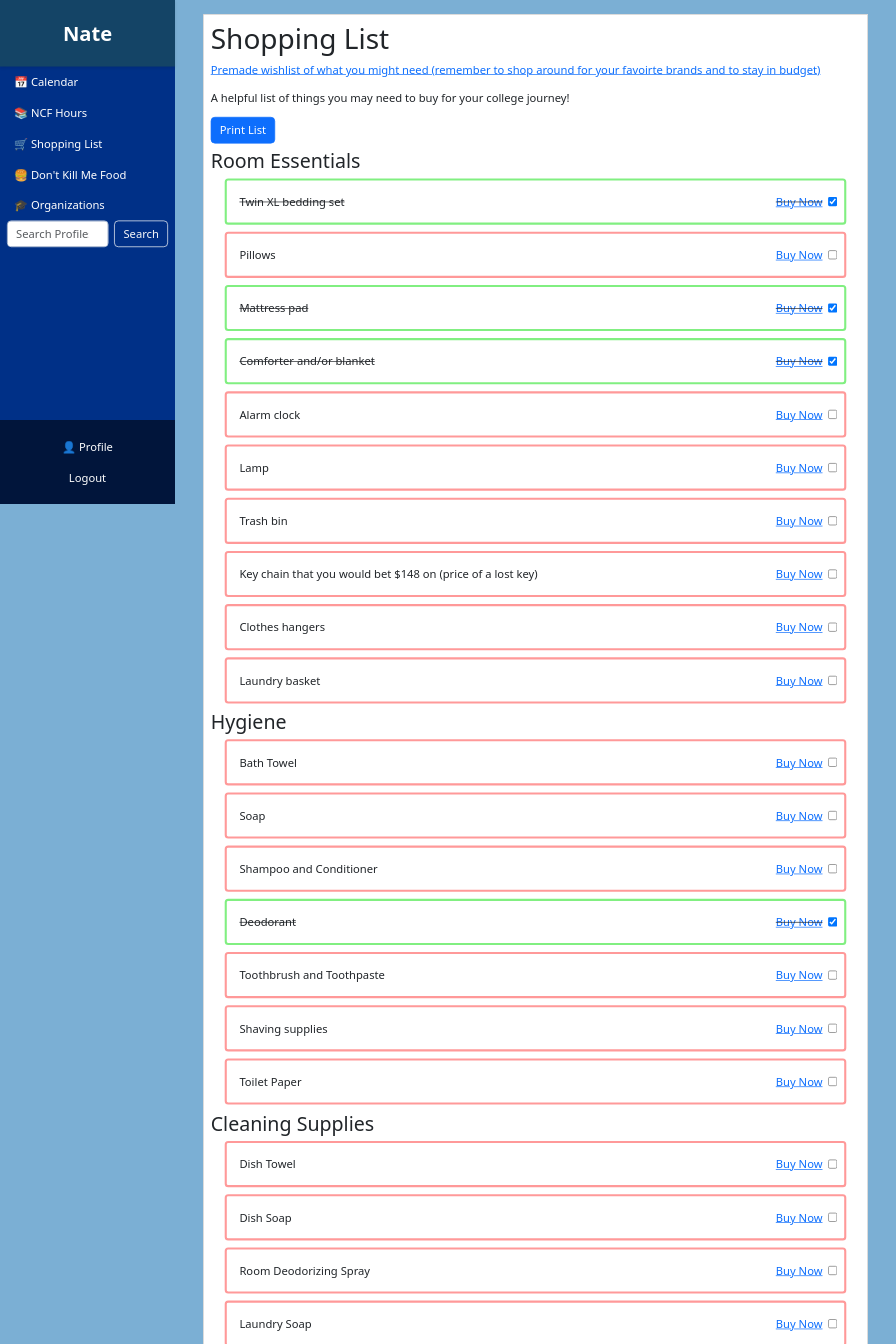
Repository: NateClarkTech/SoftwareEngineeringProject2
Page: http://localhost/shoppinglist/
These files come from the project's save history. The page is drawn as it stood at one moment and after the next save; the edit follows.
The browser window is 1280 px wide. The pictures show the part of the page from y = 0 to 1920 px (the page is 4421 px tall), at 70% of full size.
The page is served by the project's application, run on Django 5.2 (manage.py). The first stored user is signed in. Other server files are loaded and not shown. The page reads the database file committed with the project.

Above is the page before, as saved 2024-03-12 18:00:41.

### ShoppingList/templates/shoppinglist.html
{% extends 'base.html' %}

{% load static %}

{% block title %}Shopping List{% endblock %}

{% block extendHeader %}
<style>
    .item-box {
        border: 1px solid #ccc;
        padding: 10px;
        margin-bottom: 10px;
        margin-left: 20px;
        margin-right: 20px;
        background-color: white;
    }

    .checked {
        text-decoration: line-through;
        border-color: #81ef81;
        border-radius: 5px;
        border-width: 3px;
    }

    .not-checked {
        text-decoration: none;
        border-color: #ff9999;
        border-radius: 5px;
        border-width: 3px;
    }
</style>
{% endblock %}

{% block content %}
<div class="align-items-center">
    {% if user.is_authenticated %}
    <div class="item-box">
        <h1>Shopping List</h1>
        <a href="https://www.amazon.com/hz/wishlist/ls/1MYC1SQ5AHTOC?ref_=wl_share" target="_blank">Premade wishlist of what you might need (remember to shop around for your favoirte brands and to stay in budget)</a>
        <p class="pt-3">A helpful list of things you may need to buy for your college journey!</p>
        <button type="button" class="btn btn-primary btn-small mb-2">Print List</button>
        {% for category in itemCategories %}
            <h3>{{ category }}</h3>
            {% for item in shoppingItems %}
                {% if item.category == category %}
                    <div class="item-box d-flex {% if item.checked %}checked{%else%}not-checked{% endif %}">
                        <label for="item-{{ forloop.counter }}" class="flex-grow-1 p-2">{{ item.name }}</label>
                        <a href="{{ item.url }}" target="_blank" class="p-2">Buy Now</a>
                        <input type="checkbox" id="item-{{ forloop.counter }}" class="p-2" {% if item.checked %}checked{% endif %}>
                    </div>
                {% endif %}
            {% endfor %}
        {% endfor %}
    </div>
    {% else %}
    <p>You are not logged in</p>
    {% endif %}
</div>
{% endblock %}

{% block scripts %}
    <script src={% static '/js/shoppinglist.js' %}></script>
{% endblock %}

### ShoppingList/models.py
from django.db import models
from django.contrib.auth.models import User

class ShoppingListCategory(models.Model):
    name = models.CharField(max_length=200)

    def __str__(self):
        return self.name

class ShoppingListItem(models.Model):
    user = models.ForeignKey(User, on_delete=models.CASCADE)
    name = models.CharField(max_length=200)
    category = models.ForeignKey(ShoppingListCategory, on_delete=models.CASCADE)
    url = models.URLField(max_length=200)
    checked = models.BooleanField(default=False)

    def __str__(self):
        return self.user.username + " - " + self.name

### Leaderboard/urls.py
from django.urls import path
from . import views
#https://www.reddit.com/r/django/comments/13hknj7/my_project_doesnt_recognize_the_urls_from_one_of/
urlpatterns = [
    path('', views.checklist, name='checklist'),
    path('checklist/', views.checklist, name='checklist'),
    path('update_checklist/', views.update_checklist, name='update_checklist'),
    path('reset-tasks', views.reset_tasks),
    path('leaderboard/', views.leaderboard_view, name='leaderboard'),

]

### ShoppingList/urls.py
from django.urls import path
from . import views
from django.conf import settings
from django.conf.urls.static import static
from django.contrib.auth import views as auth_views

urlpatterns = [
    path('', views.shoppinglist, name='shoppinglist'),
    path('update_shoppinglist', views.update_shoppinglist, name='update_shoppinglist'),
]

### NovoTaskNinja/urls.py
from django.urls import path
from . import views
from django.conf import settings
from django.conf.urls.static import static
from django.contrib.auth import views as auth_views

urlpatterns = [

    # Backend-Heavy Pages
    path('dontkillmefood/', views.dontkillmefood, name='dontkillmefood'),

    # Frontend-Heavy Pages
    path('calendar', views.calendar, name='calendar'),
    path('ncfhours/', views.ncfhours, name='ncfhours'),
    path('', views.home, name='home'),


] + static(settings.MEDIA_URL, document_root=settings.MEDIA_ROOT)

### db.sqlite3 (the tables this page reads, as SQL)
CREATE TABLE "ShoppingList_shoppinglistcategory" ("id" integer NOT NULL PRIMARY KEY AUTOINCREMENT, "name" varchar(200) NOT NULL);
INSERT INTO "ShoppingList_shoppinglistcategory" VALUES
(1, 'Room Essentials'),
(2, 'Hygiene'),
(3, 'Cleaning Supplies'),
(4, 'Beach Supplies'),
(5, 'School Supplies'),
(6, 'Emergency Preparedness'),
(7, 'Other Items');

CREATE TABLE "ShoppingList_shoppinglistitem" ("id" integer NOT NULL PRIMARY KEY AUTOINCREMENT, "name" varchar(200) NOT NULL, "url" varchar(200) NOT NULL, "checked" bool NOT NULL, "user_id" integer NOT NULL REFERENCES "auth_user" ("id") DEFERRABLE INITIALLY DEFERRED, "category_id" bigint NOT NULL REFERENCES "ShoppingList_shoppinglistcategory" ("id") DEFERRABLE INITIALLY DEFERRED);
INSERT INTO "ShoppingList_shoppinglistitem" VALUES
(1, 'Twin XL bedding set', 'https://www.amazon.com/s?k=twin+xl+sheet+sets', 0, 3, 1),
(2, 'Pillows', 'https://www.amazon.com/s?k=bed+pillow', 0, 3, 1),
(3, 'Mattress pad', 'https://www.amazon.com/s?k=mattress+pad', 0, 3, 1),
(4, 'Comforter and/or blanket', 'https://www.amazon.com/s?k=comforter', 0, 3, 1),
(5, 'Alarm clock', 'https://www.amazon.com/s?k=alarm+clock', 0, 3, 1),
(6, 'Lamp', 'https://www.amazon.com/s?k=lamp', 0, 3, 1),
(7, 'Trash bin', 'https://www.amazon.com/s?k=trash+bin', 0, 3, 1),
(8, 'Key chain that you would bet $148 on (price of a lost key)', 'https://www.amazon.com/s?k=key+chain', 0, 3, 1),
(9, 'Clothes hangers', 'clothes hangers', 0, 3, 1),
(10, 'Laundry basket', 'https://www.amazon.com/s?k=laundry+basket', 0, 3, 1),
(11, 'Bath Towel', 'https://www.amazon.com/s?kbath+towel', 0, 3, 2),
(12, 'Soap', 'https://www.amazon.com/s?k=soap', 0, 3, 2),
(13, 'Shampoo and Conditioner', 'https://www.amazon.com/s?k=shampoo+and+conditioner', 0, 3, 2),
(14, 'Deodorant', 'https://www.amazon.com/s?k=deodorant', 0, 3, 2),
(15, 'Toothbrush and Toothpaste', 'https://www.amazon.com/s?k=toothbrush+and+toothpaste', 0, 3, 2),
(16, 'Shaving supplies', 'https://www.amazon.com/s?k=shaving+supplies', 0, 3, 2),
(17, 'Toilet Paper', 'https://www.amazon.com/s?k=toilet+paper', 0, 3, 2),
(18, 'Dish Towel', 'https://www.amazon.com/s?k=dish+towel', 0, 3, 3),
(19, 'Dish Soap', 'https://www.amazon.com/s?k=dish+soap', 0, 3, 3),
(20, 'Room Deodorizing Spray', 'https://www.amazon.com/s?k=room+deodorizing+spray', 0, 3, 3),
(21, 'Laundry Soap', 'https://www.amazon.com/s?k=laundry+soap', 0, 3, 3),
(22, 'Disinfectant Wipes', 'https://www.amazon.com/s?k=disinfectant+wipes', 0, 3, 3),
(23, 'Lysol Spray', 'https://www.amazon.com/s?k=lysol+spray', 0, 3, 3),
(24, 'Swimsuit', 'https://www.amazon.com/s?k=swimsuit', 0, 3, 4),
(25, 'Beach Towel', 'https://www.amazon.com/s?k=beach+towel', 0, 3, 4),
(26, 'Sunscreen', 'https://www.amazon.com/s?k=sunscreen', 0, 3, 4),
(27, 'Refillable Water Bottle', 'https://www.amazon.com/s?k=refillable+water+bottle', 0, 3, 4),
(28, 'Personal Computer', 'https://www.amazon.com/s?k=personal+computer', 0, 3, 5),
(29, 'Printer', 'https://www.amazon.com/s?k=printer', 0, 3, 5),
(30, 'Printer Paper', 'https://www.amazon.com/s?k=printer+paper', 0, 3, 5),
(31, 'Ethernet Cable', 'https://www.amazon.com/s?k=ethernet+cable', 0, 3, 5),
(32, 'Flash Drive', 'https://www.amazon.com/s?k=flash+drive', 0, 3, 5),
(33, 'Notebooks', 'https://www.amazon.com/s?k=notebooks', 0, 3, 5),
(34, 'Laptop Lock', 'https://www.amazon.com/s?k=laptop+lock', 0, 3, 5),
(35, 'Office Supplies (Poster Putty, Stapler, Push Pins, Pen/Pencils, Envelopes and Stamps)', 'https://www.amazon.com/s?k=office+supplies', 0, 3, 5),
(36, 'Desk Lamp', 'https://www.amazon.com/s?k=desk+lamp', 0, 3, 5),
(37, 'Power Strip with Surge Protector', 'https://www.amazon.com/s?k=power+strip+with+surge+protector', 0, 3, 5),
(38, 'Multi-port USB Charger', 'https://www.amazon.com/s?k=multi-port+usb+charger', 0, 3, 5),
(39, 'Headset', 'https://www.amazon.com/s?k=headset', 0, 3, 5),
(40, 'Flashlight', 'https://www.amazon.com/s?k=flashlight', 0, 3, 6),
(41, 'Batteries', 'https://www.amazon.com/s?k=batteries', 0, 3, 6),
(42, 'First-aid Kit', 'https://www.amazon.com/s?k=first-aid+kit', 0, 3, 6),
(43, 'Fan', 'https://www.amazon.com/s?k=fan', 0, 3, 7),
(44, 'Umbrella', 'https://www.amazon.com/s?k=umbrella', 0, 3, 7),
(45, 'Ear Plugs', 'https://www.amazon.com/s?k=ear+plugs', 0, 3, 7),
(46, 'Small Sewing Kit', 'https://www.amazon.com/s?k=sewing+kit', 0, 3, 7),
(47, 'Small Tool Kit', 'https://www.amazon.com/s?k=tool+kit', 0, 3, 7),
(48, 'Storage Bins', 'https://www.amazon.com/s?k=storage+bins', 0, 3, 7),
(49, 'Dishes and Utensils', 'https://www.amazon.com/s?k=dishes+and+utensils', 0, 3, 7),
(50, 'Camera', 'https://www.amazon.com/s?k=camera', 0, 3, 7),
(51, 'Can Opener', 'https://www.amazon.com/s?k=can+opener', 0, 3, 7),
(52, 'Twin XL bedding set', 'https://www.amazon.com/s?k=twin+xl+sheet+sets', 0, 4, 1),
(53, 'Pillows', 'https://www.amazon.com/s?k=bed+pillow', 0, 4, 1),
(54, 'Mattress pad', 'https://www.amazon.com/s?k=mattress+pad', 0, 4, 1),
(55, 'Comforter and/or blanket', 'https://www.amazon.com/s?k=comforter', 0, 4, 1),
(56, 'Alarm clock', 'https://www.amazon.com/s?k=alarm+clock', 0, 4, 1),
(57, 'Lamp', 'https://www.amazon.com/s?k=lamp', 0, 4, 1),
(58, 'Trash bin', 'https://www.amazon.com/s?k=trash+bin', 0, 4, 1),
(59, 'Key chain that you would bet $148 on (price of a lost key)', 'https://www.amazon.com/s?k=key+chain', 0, 4, 1),
(60, 'Clothes hangers', 'clothes hangers', 0, 4, 1),
(61, 'Laundry basket', 'https://www.amazon.com/s?k=laundry+basket', 0, 4, 1),
(62, 'Bath Towel', 'https://www.amazon.com/s?kbath+towel', 0, 4, 2),
(63, 'Soap', 'https://www.amazon.com/s?k=soap', 0, 4, 2),
(64, 'Shampoo and Conditioner', 'https://www.amazon.com/s?k=shampoo+and+conditioner', 0, 4, 2),
(65, 'Deodorant', 'https://www.amazon.com/s?k=deodorant', 0, 4, 2),
(66, 'Toothbrush and Toothpaste', 'https://www.amazon.com/s?k=toothbrush+and+toothpaste', 0, 4, 2),
(67, 'Shaving supplies', 'https://www.amazon.com/s?k=shaving+supplies', 0, 4, 2),
(68, 'Toilet Paper', 'https://www.amazon.com/s?k=toilet+paper', 0, 4, 2),
(69, 'Dish Towel', 'https://www.amazon.com/s?k=dish+towel', 0, 4, 3),
(70, 'Dish Soap', 'https://www.amazon.com/s?k=dish+soap', 0, 4, 3),
(71, 'Room Deodorizing Spray', 'https://www.amazon.com/s?k=room+deodorizing+spray', 0, 4, 3),
(72, 'Laundry Soap', 'https://www.amazon.com/s?k=laundry+soap', 0, 4, 3),
(73, 'Disinfectant Wipes', 'https://www.amazon.com/s?k=disinfectant+wipes', 0, 4, 3),
(74, 'Lysol Spray', 'https://www.amazon.com/s?k=lysol+spray', 0, 4, 3),
(75, 'Swimsuit', 'https://www.amazon.com/s?k=swimsuit', 0, 4, 4),
(76, 'Beach Towel', 'https://www.amazon.com/s?k=beach+towel', 0, 4, 4),
(77, 'Sunscreen', 'https://www.amazon.com/s?k=sunscreen', 0, 4, 4),
(78, 'Refillable Water Bottle', 'https://www.amazon.com/s?k=refillable+water+bottle', 0, 4, 4),
(79, 'Personal Computer', 'https://www.amazon.com/s?k=personal+computer', 0, 4, 5),
(80, 'Printer', 'https://www.amazon.com/s?k=printer', 0, 4, 5),
(81, 'Printer Paper', 'https://www.amazon.com/s?k=printer+paper', 0, 4, 5),
(82, 'Ethernet Cable', 'https://www.amazon.com/s?k=ethernet+cable', 0, 4, 5),
(83, 'Flash Drive', 'https://www.amazon.com/s?k=flash+drive', 0, 4, 5),
(84, 'Notebooks', 'https://www.amazon.com/s?k=notebooks', 0, 4, 5),
(85, 'Laptop Lock', 'https://www.amazon.com/s?k=laptop+lock', 0, 4, 5),
(86, 'Office Supplies (Poster Putty, Stapler, Push Pins, Pen/Pencils, Envelopes and Stamps)', 'https://www.amazon.com/s?k=office+supplies', 0, 4, 5),
(87, 'Desk Lamp', 'https://www.amazon.com/s?k=desk+lamp', 0, 4, 5),
(88, 'Power Strip with Surge Protector', 'https://www.amazon.com/s?k=power+strip+with+surge+protector', 0, 4, 5),
(89, 'Multi-port USB Charger', 'https://www.amazon.com/s?k=multi-port+usb+charger', 0, 4, 5),
(90, 'Headset', 'https://www.amazon.com/s?k=headset', 0, 4, 5),
(91, 'Flashlight', 'https://www.amazon.com/s?k=flashlight', 0, 4, 6),
(92, 'Batteries', 'https://www.amazon.com/s?k=batteries', 0, 4, 6),
(93, 'First-aid Kit', 'https://www.amazon.com/s?k=first-aid+kit', 0, 4, 6),
(94, 'Fan', 'https://www.amazon.com/s?k=fan', 0, 4, 7),
(95, 'Umbrella', 'https://www.amazon.com/s?k=umbrella', 0, 4, 7),
(96, 'Ear Plugs', 'https://www.amazon.com/s?k=ear+plugs', 0, 4, 7),
(97, 'Small Sewing Kit', 'https://www.amazon.com/s?k=sewing+kit', 0, 4, 7),
(98, 'Small Tool Kit', 'https://www.amazon.com/s?k=tool+kit', 0, 4, 7),
(99, 'Storage Bins', 'https://www.amazon.com/s?k=storage+bins', 0, 4, 7),
(100, 'Dishes and Utensils', 'https://www.amazon.com/s?k=dishes+and+utensils', 0, 4, 7),
(101, 'Camera', 'https://www.amazon.com/s?k=camera', 0, 4, 7),
(102, 'Can Opener', 'https://www.amazon.com/s?k=can+opener', 0, 4, 7),
(103, 'Twin XL bedding set', 'https://www.amazon.com/s?k=twin+xl+sheet+sets', 0, 2, 1),
(104, 'Pillows', 'https://www.amazon.com/s?k=bed+pillow', 0, 2, 1),
(105, 'Mattress pad', 'https://www.amazon.com/s?k=mattress+pad', 0, 2, 1),
(106, 'Comforter and/or blanket', 'https://www.amazon.com/s?k=comforter', 0, 2, 1),
(107, 'Alarm clock', 'https://www.amazon.com/s?k=alarm+clock', 0, 2, 1),
(108, 'Lamp', 'https://www.amazon.com/s?k=lamp', 0, 2, 1),
(109, 'Trash bin', 'https://www.amazon.com/s?k=trash+bin', 0, 2, 1),
(110, 'Key chain that you would bet $148 on (price of a lost key)', 'https://www.amazon.com/s?k=key+chain', 0, 2, 1),
(111, 'Clothes hangers', 'https://www.amazon.com/s?k=clothes+hangers', 0, 2, 1),
(112, 'Laundry basket', 'https://www.amazon.com/s?k=laundry+basket', 0, 2, 1),
(113, 'Bath Towel', 'https://www.amazon.com/s?k=bath+towels', 0, 2, 2),
(114, 'Soap', 'https://www.amazon.com/s?k=soap', 0, 2, 2),
(115, 'Shampoo and Conditioner', 'https://www.amazon.com/s?k=shampoo+and+conditioner', 0, 2, 2),
(116, 'Deodorant', 'https://www.amazon.com/s?k=deodorant', 0, 2, 2),
(117, 'Toothbrush and Toothpaste', 'https://www.amazon.com/s?k=toothbrush+and+toothpaste', 0, 2, 2),
(118, 'Shaving supplies', 'https://www.amazon.com/s?k=shaving+supplies', 0, 2, 2),
(119, 'Toilet Paper', 'https://www.amazon.com/s?k=toilet+paper', 0, 2, 2),
(120, 'Dish Towel', 'https://www.amazon.com/s?k=dish+towel', 0, 2, 3),
(121, 'Dish Soap', 'https://www.amazon.com/s?k=dish+soap', 0, 2, 3),
(122, 'Room Deodorizing Spray', 'https://www.amazon.com/s?k=room+deodorizing+spray', 0, 2, 3),
(123, 'Laundry Soap', 'https://www.amazon.com/s?k=laundry+soap', 0, 2, 3),
(124, 'Disinfectant Wipes', 'https://www.amazon.com/s?k=disinfectant+wipes', 0, 2, 3),
(125, 'Lysol Spray', 'https://www.amazon.com/s?k=lysol+spray', 0, 2, 3),
(126, 'Swimsuit', 'https://www.amazon.com/s?k=swimsuit', 0, 2, 4),
(127, 'Beach Towel', 'https://www.amazon.com/s?k=beach+towel', 0, 2, 4),
(128, 'Sunscreen', 'https://www.amazon.com/s?k=sunscreen', 0, 2, 4),
(129, 'Refillable Water Bottle', 'https://www.amazon.com/s?k=refillable+water+bottle', 0, 2, 4),
(130, 'Personal Computer', 'https://www.amazon.com/s?k=personal+computer', 0, 2, 5),
(131, 'Printer', 'https://www.amazon.com/s?k=printer', 0, 2, 5),
(132, 'Printer Paper', 'https://www.amazon.com/s?k=printer+paper', 0, 2, 5),
(133, 'Ethernet Cable', 'https://www.amazon.com/s?k=ethernet+cable', 0, 2, 5),
(134, 'Flash Drive', 'https://www.amazon.com/s?k=flash+drive', 0, 2, 5),
(135, 'Notebooks', 'https://www.amazon.com/s?k=notebooks', 0, 2, 5),
(136, 'Laptop Lock', 'https://www.amazon.com/s?k=laptop+lock', 0, 2, 5),
(137, 'Office Supplies (Poster Putty, Stapler, Push Pins, Pen/Pencils, Envelopes and Stamps)', 'https://www.amazon.com/s?k=office+supplies', 0, 2, 5),
(138, 'Desk Lamp', 'https://www.amazon.com/s?k=desk+lamp', 0, 2, 5),
(139, 'Power Strip with Surge Protector', 'https://www.amazon.com/s?k=power+strip+with+surge+protector', 0, 2, 5),
(140, 'Multi-port USB Charger', 'https://www.amazon.com/s?k=multi-port+usb+charger', 0, 2, 5),
(141, 'Headset', 'https://www.amazon.com/s?k=headset', 0, 2, 5),
(142, 'Flashlight', 'https://www.amazon.com/s?k=flashlight', 0, 2, 6),
(143, 'Batteries', 'https://www.amazon.com/s?k=batteries', 0, 2, 6),
(144, 'First-aid Kit', 'https://www.amazon.com/s?k=first-aid+kit', 0, 2, 6),
(145, 'Fan', 'https://www.amazon.com/s?k=fan', 0, 2, 7),
(146, 'Umbrella', 'https://www.amazon.com/s?k=umbrella', 0, 2, 7),
(147, 'Ear Plugs', 'https://www.amazon.com/s?k=ear+plugs', 0, 2, 7),
(148, 'Small Sewing Kit', 'https://www.amazon.com/s?k=sewing+kit', 0, 2, 7),
(149, 'Small Tool Kit', 'https://www.amazon.com/s?k=tool+kit', 0, 2, 7),
(150, 'Storage Bins', 'https://www.amazon.com/s?k=storage+bins', 0, 2, 7),
(151, 'Dishes and Utensils', 'https://www.amazon.com/s?k=dishes+and+utensils', 0, 2, 7),
(152, 'Camera', 'https://www.amazon.com/s?k=camera', 0, 2, 7),
(153, 'Can Opener', 'https://www.amazon.com/s?k=can+opener', 0, 2, 7),
(154, 'Twin XL bedding set', 'https://www.amazon.com/s?k=twin+xl+sheet+sets', 1, 1, 1),
(155, 'Pillows', 'https://www.amazon.com/s?k=bed+pillow', 0, 1, 1),
(156, 'Mattress pad', 'https://www.amazon.com/s?k=mattress+pad', 1, 1, 1),
(157, 'Comforter and/or blanket', 'https://www.amazon.com/s?k=comforter', 1, 1, 1),
(158, 'Alarm clock', 'https://www.amazon.com/s?k=alarm+clock', 0, 1, 1),
(159, 'Lamp', 'https://www.amazon.com/s?k=lamp', 0, 1, 1),
(160, 'Trash bin', 'https://www.amazon.com/s?k=trash+bin', 0, 1, 1),
(161, 'Key chain that you would bet $148 on (price of a lost key)', 'https://www.amazon.com/s?k=key+chain', 0, 1, 1),
(162, 'Clothes hangers', 'https://www.amazon.com/s?k=clothes+hangers', 0, 1, 1),
(163, 'Laundry basket', 'https://www.amazon.com/s?k=laundry+basket', 0, 1, 1),
(164, 'Bath Towel', 'https://www.amazon.com/s?k=bath+towels', 0, 1, 2),
(165, 'Soap', 'https://www.amazon.com/s?k=soap', 0, 1, 2),
(166, 'Shampoo and Conditioner', 'https://www.amazon.com/s?k=shampoo+and+conditioner', 0, 1, 2),
(167, 'Deodorant', 'https://www.amazon.com/s?k=deodorant', 1, 1, 2),
(168, 'Toothbrush and Toothpaste', 'https://www.amazon.com/s?k=toothbrush+and+toothpaste', 0, 1, 2),
(169, 'Shaving supplies', 'https://www.amazon.com/s?k=shaving+supplies', 0, 1, 2),
(170, 'Toilet Paper', 'https://www.amazon.com/s?k=toilet+paper', 0, 1, 2),
(171, 'Dish Towel', 'https://www.amazon.com/s?k=dish+towel', 0, 1, 3),
(172, 'Dish Soap', 'https://www.amazon.com/s?k=dish+soap', 0, 1, 3),
(173, 'Room Deodorizing Spray', 'https://www.amazon.com/s?k=room+deodorizing+spray', 0, 1, 3),
(174, 'Laundry Soap', 'https://www.amazon.com/s?k=laundry+soap', 0, 1, 3),
(175, 'Disinfectant Wipes', 'https://www.amazon.com/s?k=disinfectant+wipes', 0, 1, 3),
(176, 'Lysol Spray', 'https://www.amazon.com/s?k=lysol+spray', 0, 1, 3),
(177, 'Swimsuit', 'https://www.amazon.com/s?k=swimsuit', 0, 1, 4),
(178, 'Beach Towel', 'https://www.amazon.com/s?k=beach+towel', 0, 1, 4),
(179, 'Sunscreen', 'https://www.amazon.com/s?k=sunscreen', 0, 1, 4),
(180, 'Refillable Water Bottle', 'https://www.amazon.com/s?k=refillable+water+bottle', 0, 1, 4),
(181, 'Personal Computer', 'https://www.amazon.com/s?k=personal+computer', 0, 1, 5),
(182, 'Printer', 'https://www.amazon.com/s?k=printer', 0, 1, 5),
(183, 'Printer Paper', 'https://www.amazon.com/s?k=printer+paper', 0, 1, 5),
(184, 'Ethernet Cable', 'https://www.amazon.com/s?k=ethernet+cable', 0, 1, 5),
(185, 'Flash Drive', 'https://www.amazon.com/s?k=flash+drive', 0, 1, 5),
(186, 'Notebooks', 'https://www.amazon.com/s?k=notebooks', 0, 1, 5),
(187, 'Laptop Lock', 'https://www.amazon.com/s?k=laptop+lock', 0, 1, 5),
(188, 'Office Supplies (Poster Putty, Stapler, Push Pins, Pen/Pencils, Envelopes and Stamps)', 'https://www.amazon.com/s?k=office+supplies', 0, 1, 5),
(189, 'Desk Lamp', 'https://www.amazon.com/s?k=desk+lamp', 0, 1, 5),
(190, 'Power Strip with Surge Protector', 'https://www.amazon.com/s?k=power+strip+with+surge+protector', 0, 1, 5),
(191, 'Multi-port USB Charger', 'https://www.amazon.com/s?k=multi-port+usb+charger', 0, 1, 5),
(192, 'Headset', 'https://www.amazon.com/s?k=headset', 0, 1, 5),
(193, 'Flashlight', 'https://www.amazon.com/s?k=flashlight', 0, 1, 6),
(194, 'Batteries', 'https://www.amazon.com/s?k=batteries', 0, 1, 6),
(195, 'First-aid Kit', 'https://www.amazon.com/s?k=first-aid+kit', 0, 1, 6),
(196, 'Fan', 'https://www.amazon.com/s?k=fan', 0, 1, 7),
(197, 'Umbrella', 'https://www.amazon.com/s?k=umbrella', 0, 1, 7),
(198, 'Ear Plugs', 'https://www.amazon.com/s?k=ear+plugs', 0, 1, 7),
(199, 'Small Sewing Kit', 'https://www.amazon.com/s?k=sewing+kit', 0, 1, 7),
(200, 'Small Tool Kit', 'https://www.amazon.com/s?k=tool+kit', 0, 1, 7),
(201, 'Storage Bins', 'https://www.amazon.com/s?k=storage+bins', 0, 1, 7),
(202, 'Dishes and Utensils', 'https://www.amazon.com/s?k=dishes+and+utensils', 0, 1, 7),
(203, 'Camera', 'https://www.amazon.com/s?k=camera', 0, 1, 7),
(204, 'Can Opener', 'https://www.amazon.com/s?k=can+opener', 0, 1, 7);

CREATE TABLE "auth_user" ("id" integer NOT NULL PRIMARY KEY AUTOINCREMENT, "password" varchar(128) NOT NULL, "last_login" datetime NULL, "is_superuser" bool NOT NULL, "username" varchar(150) NOT NULL UNIQUE, "last_name" varchar(150) NOT NULL, "email" varchar(254) NOT NULL, "is_staff" bool NOT NULL, "is_active" bool NOT NULL, "date_joined" datetime NOT NULL, "first_name" varchar(150) NOT NULL);
INSERT INTO "auth_user" VALUES
(1, 'pbkdf2_sha256$720000$voXDfFPGW35Vj4HBNrXH6O$81VbTivkDmHTHyrO0enerEqBO5Y1jna5vWEizOy2neM=', '2024-03-12 19:50:57.516190', 0, 'Nate', '', '', 0, 1, '2024-03-10 17:59:04.381654', ''),
(2, 'pbkdf2_sha256$720000$6xx2oJHi4sTw9UGfKxI1Vr$hTFa86Txj4tm4MMlh+gyYzNVMNkcrilSLcoieOe8rZ0=', '2024-03-12 19:31:30.492896', 1, 'admin', '', '', 1, 1, '2024-03-10 17:59:37.223655', ''),
(3, 'pbkdf2_sha256$720000$CYfsySN9KJ3kKCFa7FcOyu$1SpWWJdIaEb00rFZobW7XtaDRaXiSxJRIjAVbF6ooGU=', '2024-03-12 15:52:11.849871', 0, 'NotNate', '', '', 0, 1, '2024-03-10 21:43:19.463536', ''),
(4, 'pbkdf2_sha256$720000$yQsW3wlpSp5GMrkLKbaAMK$XEmvrkUnHV2qiy/8O9pIhwGZvYNqFGRgejnn5yn4QFM=', '2024-03-11 00:26:01.990320', 0, 'Username', '', '', 0, 1, '2024-03-11 00:26:01.476318', '');

Loaded but not shown: ShoppingList/static/js/shoppinglist.js (67 lines, source omitted); NovoTaskNinja/templates/navbar.html (248 lines, source omitted); ShoppingList/views.py (113 lines, source omitted); static/css/base/base.css (123 lines, source omitted); NovoTaskNinja/templates/base.html (49 lines, source omitted); SEProject2/urls.py (30 lines, source omitted); Profile/urls.py (26 lines, source omitted)

After the next save:
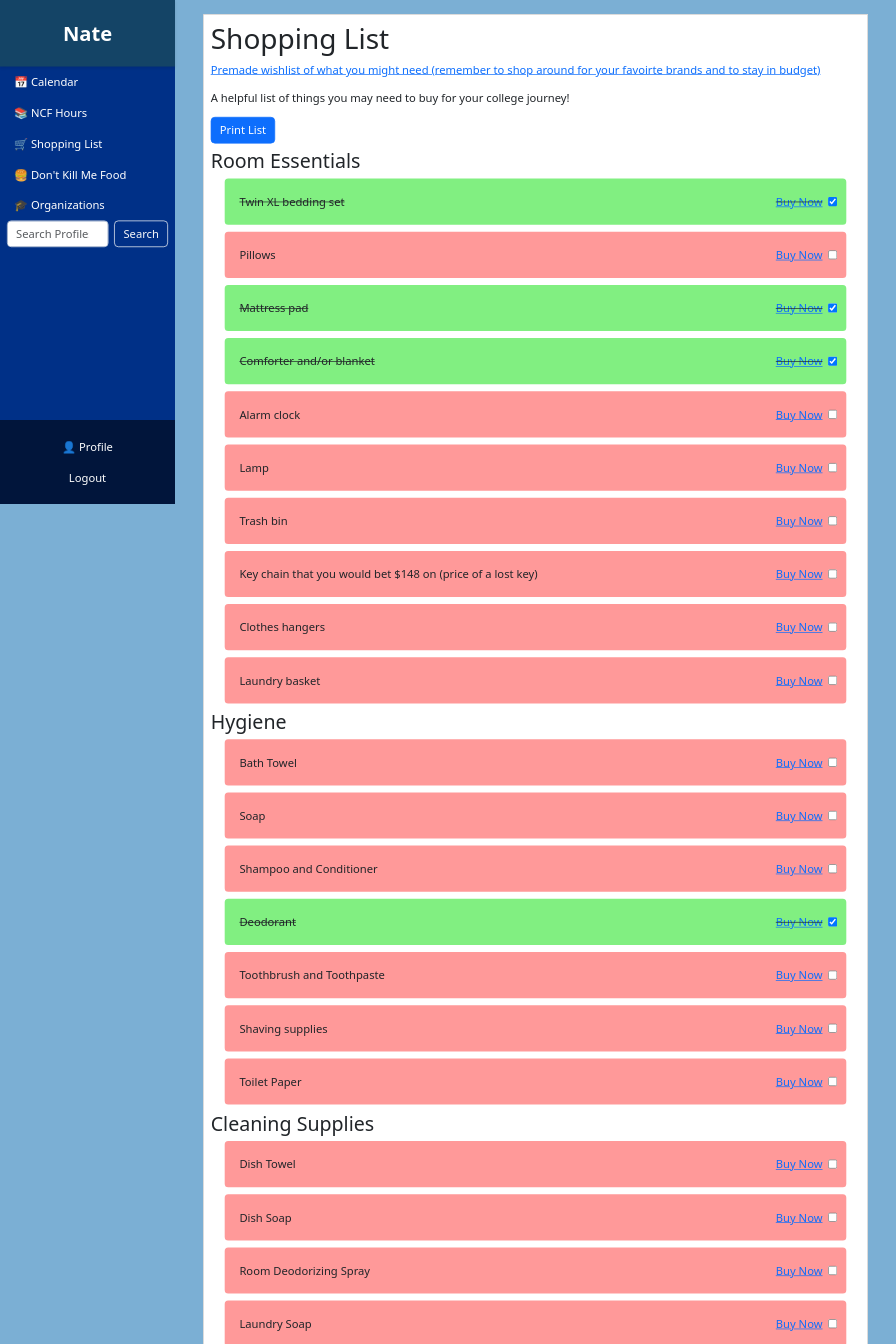
Saved 58 s later.
--- a/ShoppingList/templates/shoppinglist.html
+++ b/ShoppingList/templates/shoppinglist.html
@@ -20,6 +20,7 @@
         border-color: #81ef81;
         border-radius: 5px;
         border-width: 3px;
+        background-color: #81ef81;
     }
 
     .not-checked {
@@ -27,6 +28,7 @@
         border-color: #ff9999;
         border-radius: 5px;
         border-width: 3px;
+        background-color: #ff9999;
     }
 </style>
 {% endblock %}
